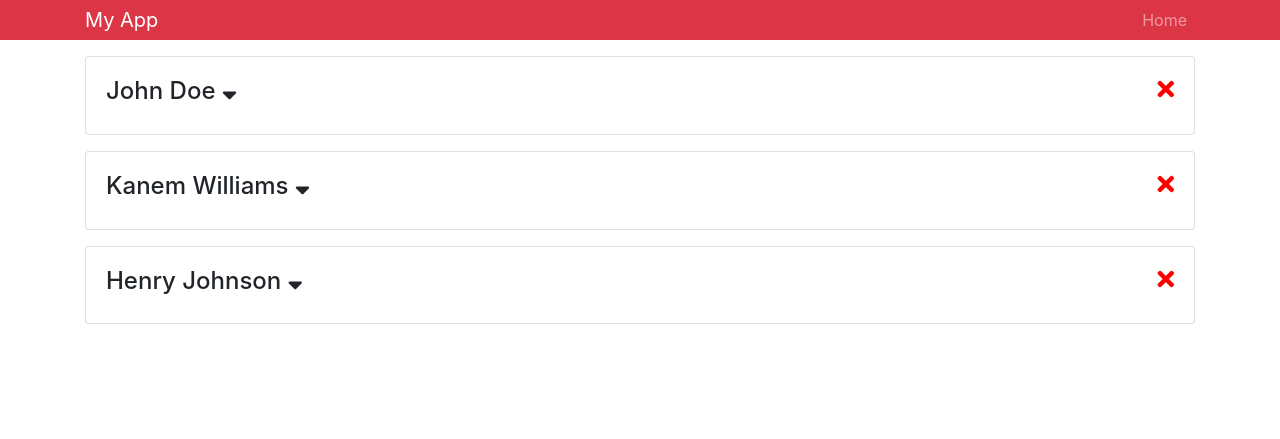
Repository: Mtbwka/contactmanager
Page: /
The author's editor kept a copy of each file at every save. The page is drawn from the files as they stood at one save, then again after the next save.
The browser window is 1280 px wide. The pictures show the whole page.
Some web libraries are served in a nearby version. The project was rebuilt for these pictures with package versions that can differ from the ones it lists, and the page was loaded fresh each time. Also part of the build but not shown: src/components/pages/About.js, src/components/layout/TextInputGroup.js, src/components/contacts/AddContact.js.

Above is the page before, as saved 2019-05-08 21:45:05.

### public/index.html
<!DOCTYPE html>
<html lang="en">
  <head>
    <meta charset="utf-8" />
    <link rel="shortcut icon" href="%PUBLIC_URL%/favicon.ico" />
    <meta
      name="viewport"
      content="width=device-width, initial-scale=1, shrink-to-fit=no"
    />
    <meta name="theme-color" content="#000000" />
    <link rel="stylesheet" href="https://use.fontawesome.com/releases/v5.1.1/css/all.css" integrity="sha384-O8whS3fhG2OnA5Kas0Y9l3cfpmYjapjI0E4theH4iuMD+pLhbf6JI0jIMfYcK3yZ" crossorigin="anonymous">
    <!--
      manifest.json provides metadata used when your web app is installed on a
      user's mobile device or desktop. See https://developers.google.com/web/fundamentals/web-app-manifest/
    -->
    <link rel="manifest" href="%PUBLIC_URL%/manifest.json" />
    <!--
      Notice the use of %PUBLIC_URL% in the tags above.
      It will be replaced with the URL of the `public` folder during the build.
      Only files inside the `public` folder can be referenced from the HTML.

      Unlike "/favicon.ico" or "favicon.ico", "%PUBLIC_URL%/favicon.ico" will
      work correctly both with client-side routing and a non-root public URL.
      Learn how to configure a non-root public URL by running `npm run build`.
    -->
    <title>React App</title>
  </head>
  <body>
    <noscript>You need to enable JavaScript to run this app.</noscript>
    <div id="root"></div>
    <!--
      This HTML file is a template.
      If you open it directly in the browser, you will see an empty page.

      You can add webfonts, meta tags, or analytics to this file.
      The build step will place the bundled scripts into the <body> tag.

      To begin the development, run `npm start` or `yarn start`.
      To create a production bundle, use `npm run build` or `yarn build`.
    -->
  </body>
</html>

### src/App.js
import React, { Component } from 'react';
import { BrowserRouter as Router, Route, Switch } from 'react-router-dom';
import Contacts from './components/contacts/Contacts';
import Header from './components/layout/Header';
import About from './components/pages/About';
import AddContact from './components/contacts/AddContact';
import { Provider } from './context';

import 'bootstrap/dist/css/bootstrap.min.css';

class App extends Component {
  render() {
    return (
      <Provider>
        <Router>
          <div className='App'>
            <Header />
            <div className='container'>
              <Switch>
                <Route exact path='/' component={Contacts} />
                <Route exact path='/contact/add' component={AddContact} />
                <Route exact path='/about' component={About} />
              </Switch>
            </div>
          </div>
        </Router>
      </Provider>
    );
  }
}

export default App;

### src/components/contacts/Contacts.js
import React, { Component } from 'react';
import Contact from './Contact.js';
import { Consumer } from '../../context';

class Contacts extends Component {
  render() {
    return (
      <Consumer>
        {value => {
          return (
            <React.Fragment>
              {value.contacts.map(contact => (
                <Contact key={contact.id} contact={contact} />
              ))}
            </React.Fragment>
          );
        }}
      </Consumer>
    );
  }
}

export default Contacts;

### src/components/layout/Header.js
import React from 'react';
import PropTypes from 'prop-types';

// export default function Header() {
//   return <div />;
// }

const Header = props => {
  const { branding } = props;
  return (
    <nav className="navbar navbar-expand-sm navbar-dark bg-danger mb-3 py-0">
      <div className="container">
        <a href="/" className="navbar-brand">{branding}</a>
        <div>
          <ul className="navbar-nav mr-auto">
            <li className="nav-item">
              <a href="/" className="nav-link">Home</a>
            </li>
          </ul>
        </div>
      </div>
    </nav>
  );
};

Header.defaultProps = {
  branding: 'My App'
};

Header.propTypes = {
  branding: PropTypes.string.isRequired
};

export default Header;

### src/context.js
import React, { Component } from 'react';

const Context = React.createContext();

const reducer = (state, action) => {
  switch (action.type) {
    case 'DELETE_CONTACT':
      return {
        ...state,
        contacts: state.contacts.filter(
          contact => contact.id !== action.payload
        )
      };
    case 'ADD_CONTACT':
      return {
        ...state,
        contacts: [action.payload, ...state.contacts]
      };
    default:
      return state;
  }
};

export class Provider extends Component {
  state = {
    contacts: [
      {
        id: 1,
        name: 'John Doe',
        email: 'jdoe@gmail.com',
        phone: '555-555-5555'
      },
      {
        id: 2,
        name: 'Kanem Williams',
        email: 'karen@gmail.com',
        phone: '222-222-2222'
      },
      {
        id: 3,
        name: 'Henry Johnson',
        email: 'henry@gmail.com',
        phone: '111-111-1111'
      }
    ],
    dispatch: action => this.setState(state => reducer(state, action))
  };

  render() {
    return (
      <Context.Provider value={this.state}>
        {this.props.children}
      </Context.Provider>
    );
  }
}

export const Consumer = Context.Consumer;

### src/components/contacts/Contact.js
import React, { Component } from 'react';
import PropTypes from 'prop-types';
import { Consumer } from '../../context';

class Contact extends Component {
  state = {
    showContactInfo: false
  };

  onDeleteClick = (id, dispatch) => {
    dispatch({ type: 'DELETE_CONTACT', payload: id });
  };

  render() {
    const { id, name, email, phone } = this.props.contact;
    const { showContactInfo } = this.state;

    return (
      <Consumer>
        {value => {
          const { dispatch } = value;
          return (
            <div className='card card-body mb-3'>
              <h4>
                {name}{' '}
                <i
                  onClick={() =>
                    this.setState({
                      showContactInfo: !this.state.showContactInfo
                    })
                  }
                  className='fas fa-sort-down'
                  style={{ cursor: 'pointer' }}
                />
                <i
                  className='fas fa-times'
                  style={{ float: 'right', cursor: 'pointer', color: 'red' }}
                  onClick={this.onDeleteClick.bind(this, id, dispatch)}
                />
              </h4>
              {showContactInfo ? (
                <ul className='list-group'>
                  <li className='list-group-item'>Email:{email}</li>
                  <li className='list-group-item'>Phone:{phone}</li>
                </ul>
              ) : null}
            </div>
          );
        }}
      </Consumer>
    );
  }
}

Contact.propTypes = {
  contact: PropTypes.object.isRequired
};
export default Contact;

Loaded but not shown: src/index.js (common file); src/serviceWorker.js (common file)

After the next save:
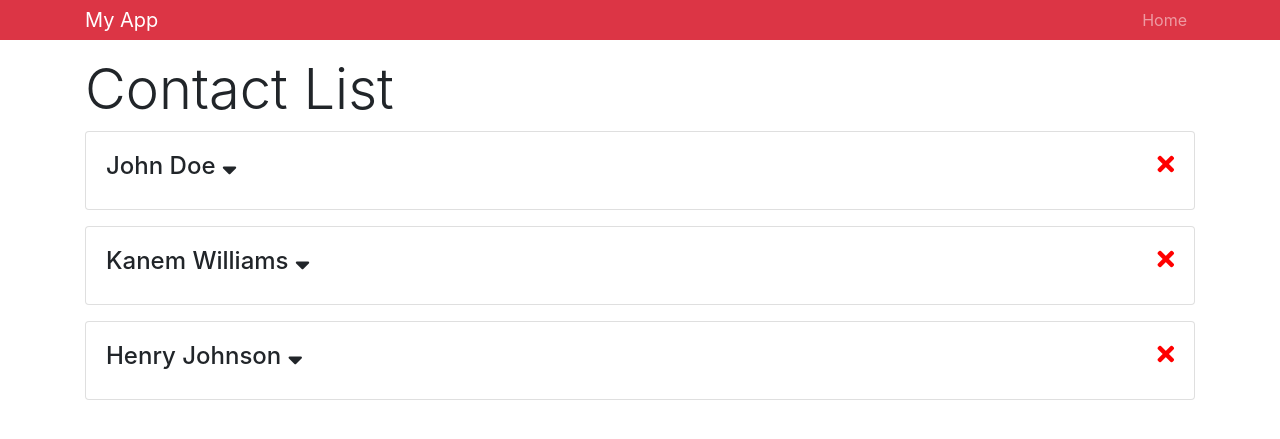
Saved 57 s later.
--- a/src/components/contacts/Contacts.js
+++ b/src/components/contacts/Contacts.js
@@ -9,6 +9,7 @@ class Contacts extends Component {
         {value => {
           return (
             <React.Fragment>
+              <h1 className='display-4 mb-2'>Contact List</h1>
               {value.contacts.map(contact => (
                 <Contact key={contact.id} contact={contact} />
               ))}
